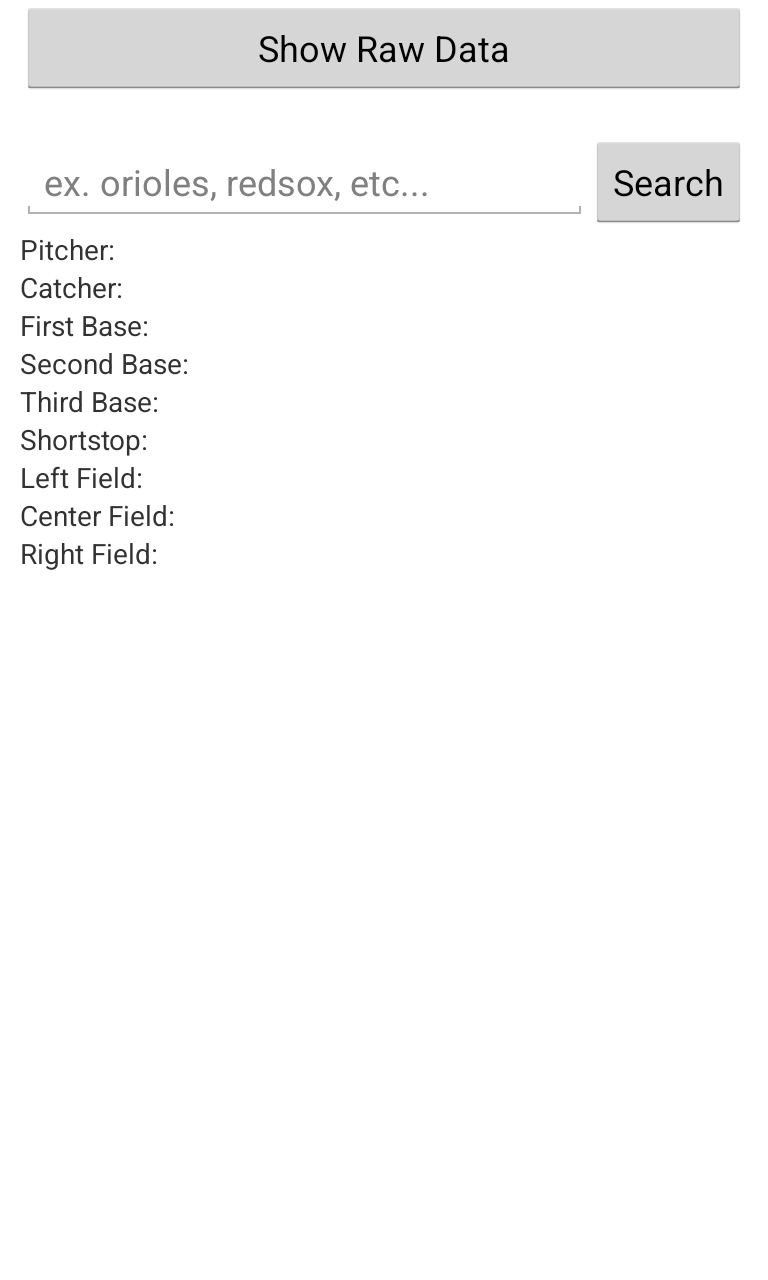
Repository: jemcphe/java1
Layout: teamG.M./TeamGM/res/layout/applayout.xml
An editor plug-in stored every save of this project. The layout is shown before and after the next save, followed by the edit.
It is drawn on a 768 x 1280 px phone screen (xhdpi) without system bars, with theme AppTheme; the app's code is not run.

Above is the layout before, as saved 2013-05-27 05:28:44.

### teamG.M./TeamGM/res/layout/applayout.xml
<?xml version="1.0" encoding="utf-8"?>
<LinearLayout xmlns:android="http://schemas.android.com/apk/res/android"
    android:layout_width="fill_parent"
    android:layout_height="fill_parent"
    android:orientation="vertical"
    android:paddingLeft="10dp"
    android:paddingRight="10dp" >

    <LinearLayout
        android:id="@+id/historyLayout"
        android:layout_width="match_parent"
        android:layout_height="wrap_content"
        android:orientation="vertical" >

        <Button
            android:id="@+id/dataButton"
            android:layout_width="match_parent"
            android:layout_height="wrap_content"
            android:text="@string/show_raw_data" />

        <TextView
            android:id="@+id/historyLabel"
            android:layout_width="fill_parent"
            android:layout_height="wrap_content"
            android:textIsSelectable="false"
            android:visibility="invisible" />
    </LinearLayout>

    <LinearLayout
        android:id="@+id/searchLayout"
        android:layout_width="fill_parent"
        android:layout_height="wrap_content"
        android:orientation="horizontal" >

        <EditText
            android:id="@+id/searchField"
            android:layout_width="wrap_content"
            android:layout_height="wrap_content"
            android:layout_weight="1"
            android:hint="ex. orioles, redsox, etc..." />

        <Button
            android:id="@+id/searchButton"
            android:layout_width="wrap_content"
            android:layout_height="wrap_content"
            android:text="@string/search" />
    </LinearLayout>

    <LinearLayout
        android:id="@+id/teamDataLayout"
        android:layout_width="match_parent"
        android:layout_height="wrap_content"
        android:orientation="vertical" >

        <GridLayout
            android:id="@+id/teamDisplay"
            android:layout_width="match_parent"
            android:layout_height="0dip"
            android:layout_weight="1"
            android:columnCount="2" >

            <TextView
                android:layout_width="wrap_content"
                android:layout_height="wrap_content"
                android:text="Pitcher:" />

            <TextView
                android:id="@+id/pitcherData"
                android:layout_width="wrap_content"
                android:layout_height="wrap_content" />

            <TextView
                android:layout_width="wrap_content"
                android:layout_height="wrap_content"
                android:text="Catcher:" />

            <TextView
                android:id="@+id/catcherData"
                android:layout_width="wrap_content"
                android:layout_height="wrap_content" />

            <TextView
                android:layout_width="wrap_content"
                android:layout_height="wrap_content"
                android:text="First Base:" />

            <TextView
                android:id="@+id/firstData"
                android:layout_width="wrap_content"
                android:layout_height="wrap_content" />

            <TextView
                android:layout_width="wrap_content"
                android:layout_height="wrap_content"
                android:text="Second Base:" />

            <TextView
                android:id="@+id/secondData"
                android:layout_width="wrap_content"
                android:layout_height="wrap_content" />

            <TextView
                android:layout_width="wrap_content"
                android:layout_height="wrap_content"
                android:text="Third Base:" />

            <TextView
                android:id="@+id/thirdData"
                android:layout_width="wrap_content"
                android:layout_height="wrap_content" />

            <TextView
                android:layout_width="wrap_content"
                android:layout_height="wrap_content"
                android:text="Shortstop:" />

            <TextView
                android:id="@+id/shortData"
                android:layout_width="wrap_content"
                android:layout_height="wrap_content" />

            <TextView
                android:layout_width="wrap_content"
                android:layout_height="wrap_content"
                android:text="Left Field:" />

            <TextView
                android:id="@+id/leftData"
                android:layout_width="wrap_content"
                android:layout_height="wrap_content" />

            <TextView
                android:layout_width="wrap_content"
                android:layout_height="wrap_content"
                android:text="Center Field:" />

            <TextView
                android:id="@+id/centerData"
                android:layout_width="wrap_content"
                android:layout_height="wrap_content" />

            <TextView
                android:layout_width="wrap_content"
                android:layout_height="wrap_content"
                android:text="Right Field:" />

            <TextView
                android:id="@+id/rightData"
                android:layout_width="wrap_content"
                android:layout_height="wrap_content" />
        </GridLayout>
    </LinearLayout>

</LinearLayout>

### teamG.M./TeamGM/res/values/strings.xml
<?xml version="1.0" encoding="utf-8"?>
<resources>

    <string name="app_name">Team GM</string>
    <string name="action_settings">Settings</string>
    <string name="hello_world">Hello world!</string>
    <string name="show_raw_data">Show Raw Data</string>
    <string name="search_for_a_team_to_display_and_store_data">Search For A Team To Display And Store Data</string>
    <string name="search_hint">ex. orioles, redsox, etc...</string>
    <string name="go">GO</string>
    <string name="search">Search</string>

</resources>

Loaded but not shown: teamG.M./TeamGM/res/values/styles.xml (common file); teamG.M./TeamGM/res/values-v11/styles.xml (common file); teamG.M./TeamGM/res/values-v14/styles.xml (common file)

After the next save:
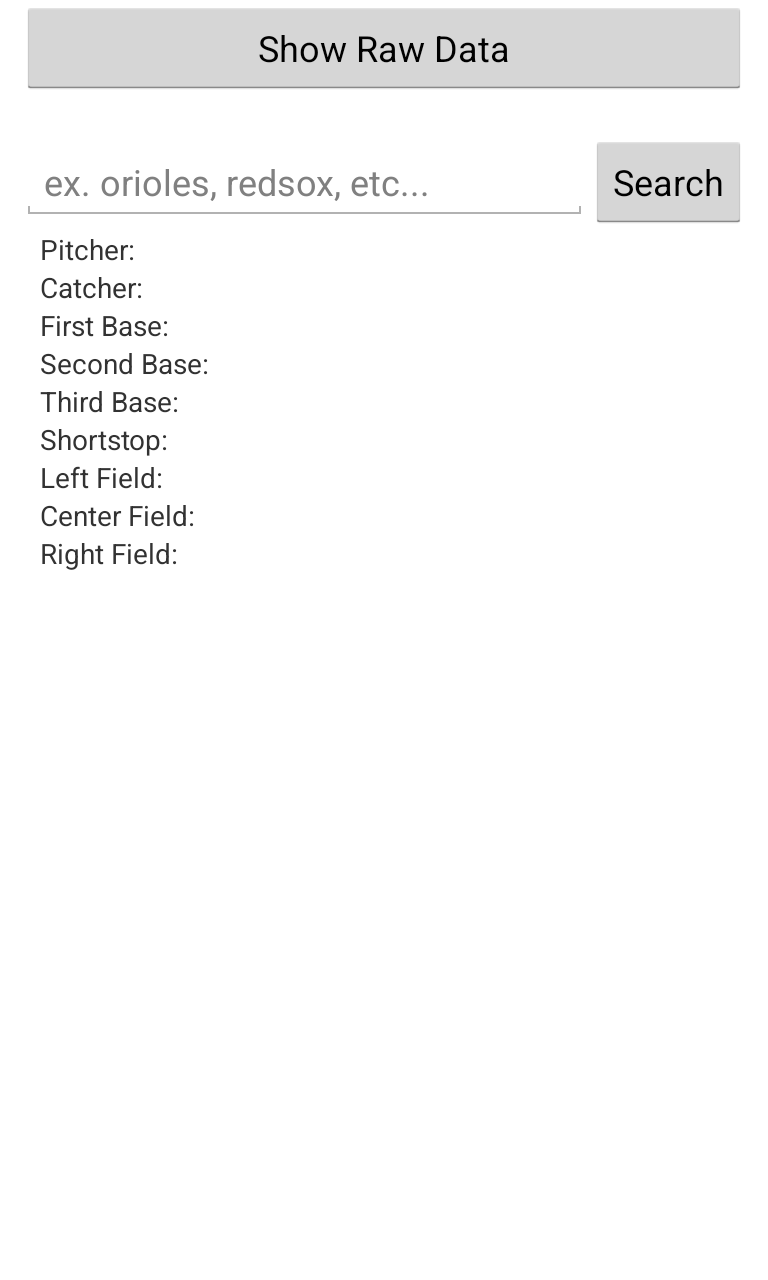
Saved 2 min 53 s later.
--- a/teamG.M./TeamGM/res/layout/applayout.xml
+++ b/teamG.M./TeamGM/res/layout/applayout.xml
@@ -50,7 +50,8 @@
         android:id="@+id/teamDataLayout"
         android:layout_width="match_parent"
         android:layout_height="wrap_content"
-        android:orientation="vertical" >
+        android:orientation="vertical"
+        android:paddingLeft="10dp" >
 
         <GridLayout
             android:id="@+id/teamDisplay"
